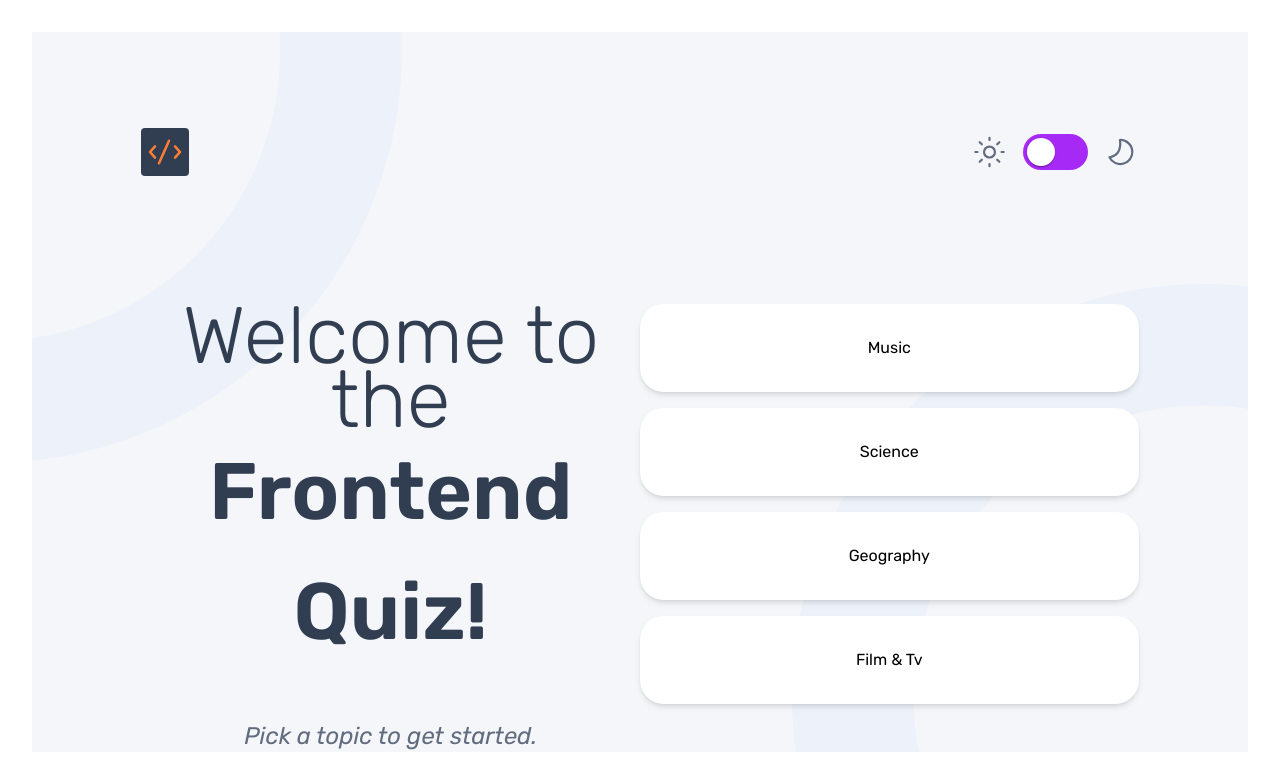
Repository: Shenixo/QuizApp
Page: /
The author's editor kept a copy of each file at every save. The page is drawn from the files as they stood at one save, then again after the next save.
The browser window is 1280 px wide. The pictures show the whole page.
The project was rebuilt for these pictures with package versions that can differ from the ones it lists, and the page was loaded fresh each time. Also part of the build but not shown: vite.config.js.

Above is the page before, as saved 2025-03-31 14:27:18.

After the next save:
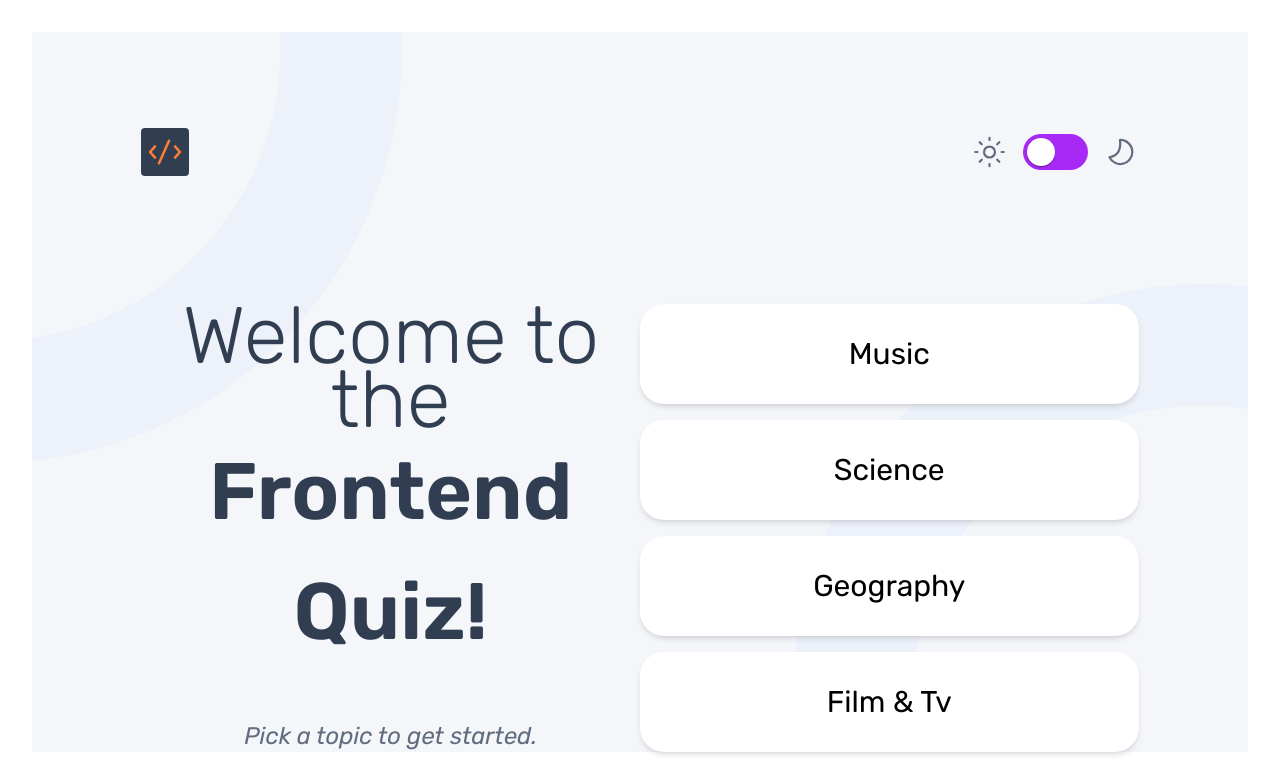
Saved 6 s later.
--- a/src/Components/Option/Option.jsx
+++ b/src/Components/Option/Option.jsx
@@ -10,7 +10,7 @@ const Option = () => {
         <li
           className={`${
             isDarkMode ? "bg-[#3b4d66]" : "bg-[#fff]"
-          } transition-all duration-500 ease-in-out shadow-md shadow-[rgba(0,0,0,0.1)]  p-8 rounded-[1.5rem] cursor-pointer capitalize text
+          } transition-all duration-500 ease-in-out shadow-md shadow-[rgba(0,0,0,0.1)]  p-8 rounded-[1.5rem] cursor-pointer capitalize text-3xl
 `}
           key={idx}
         >
